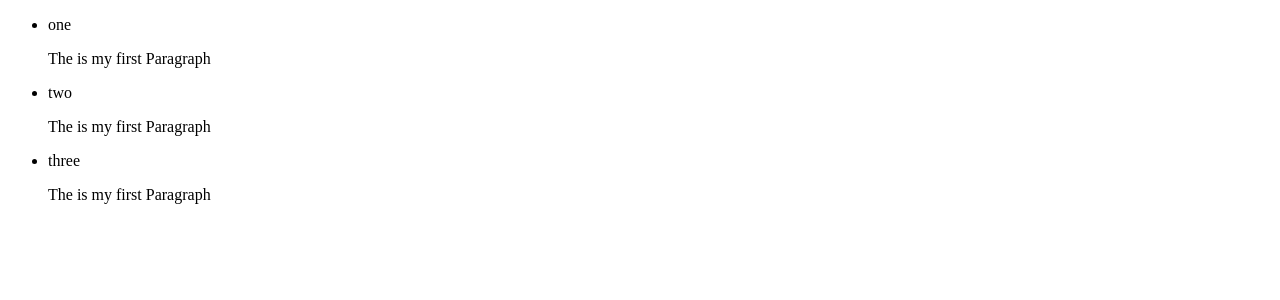
Repository: NathanDPoole/Personal
Page: Training/JavaScriptEx/src/main/webapp/html/Bubbling.html
An editor plug-in stored every save of this project. The page is shown before and after the next save, followed by the edit.
The browser window is 1280 px wide. The pictures show the whole page.

Above is the page before, as saved 2017-12-29 15:11:02.

After the next save:
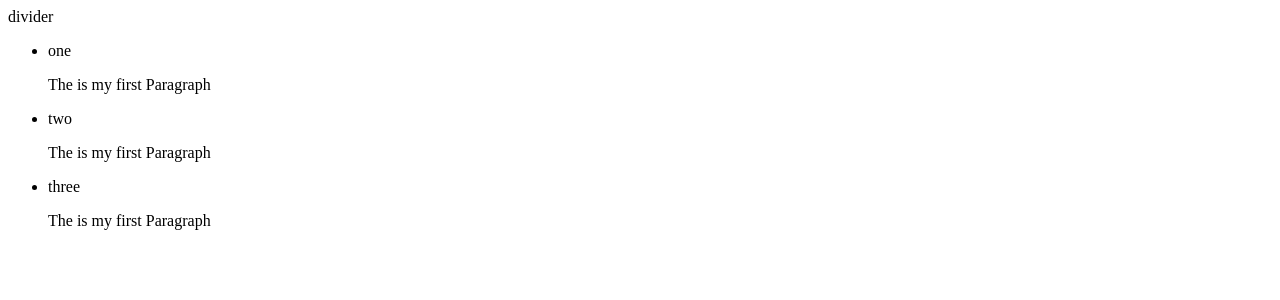
Saved 30 s later.
--- a/Training/JavaScriptEx/src/main/webapp/html/Bubbling.html
+++ b/Training/JavaScriptEx/src/main/webapp/html/Bubbling.html
@@ -6,7 +6,7 @@
 </head>
 <body>
 	<!-- example of bubbling -->
-	<div onclick="alert('click on div tag')">
+	<div onclick="alert('click on div tag')">divider
 		<ul onclick="alert('click on ul tag')">
 			<li onclick="alert('click on li1 tag')">one
 				<p onclick="alert('click on p1 tag')">The is my first Paragraph</p>
